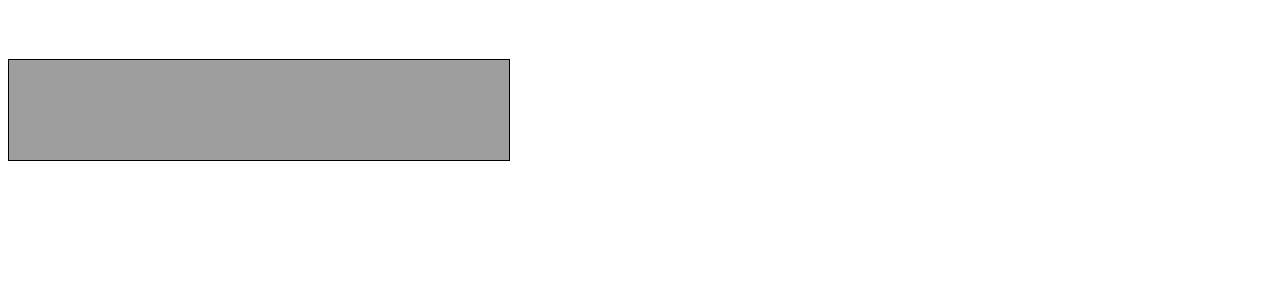
Repository: Tranduchieu2002/FlappyBird
Page: Flappy.html
The author's editor kept a copy of each file at every save. The page is drawn from the files as they stood at one save, then again after the next save.
The browser window is 1280 px wide. The pictures show the whole page.

Above is the page before, as saved 2021-09-14 15:02:14.

After the next save:
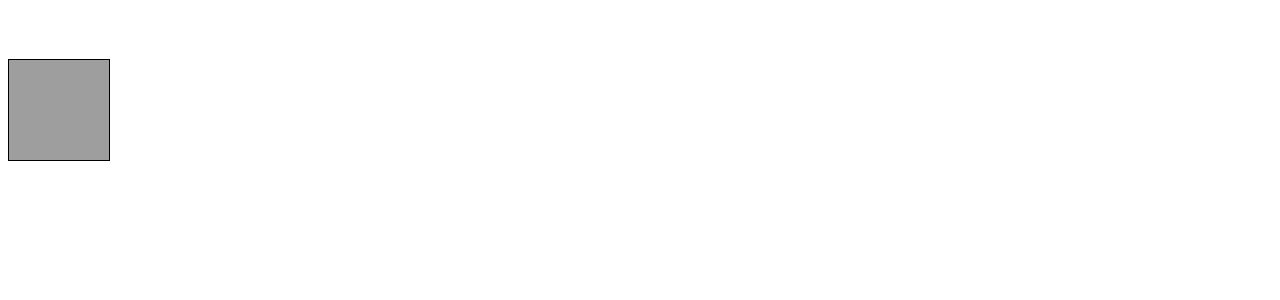
Saved 6 s later.
--- a/Flappy.html
+++ b/Flappy.html
@@ -13,7 +13,7 @@
    </style>
 </head>
 <body>
-   <canvas id="canvas" width="500px" height="100%">
+   <canvas id="canvas" width="100%" height="100%">
 
    </canvas>
    <script src="index.js"></script>
